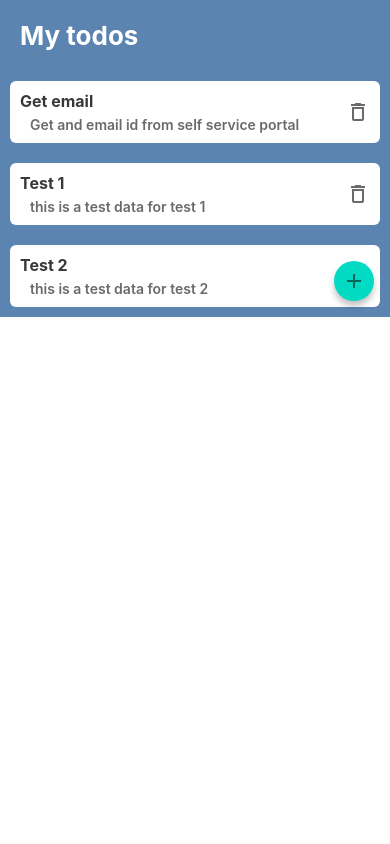
Repository: sadarsh216/Todo-App
Page: /
The author's editor kept a copy of each file at every save. The page is drawn from the files as they stood at one save, then again after a run of saves.
The browser window is 390 px wide. The pictures show the whole page.
The app was drawn by React Native's web renderer in a window 390 px wide. The project was rebuilt for these pictures with package versions that can differ from the ones it lists, and the page was loaded fresh each time. Also part of the build but not shown: components/Modal.tsx.

Above is the page before, as saved 2021-10-09 14:48:45.

### App.tsx
import { StatusBar } from "expo-status-bar";
import React, { useRef } from "react";
import {
  SafeAreaView,
  ScrollView,
  StyleSheet,
  Text,
  TouchableWithoutFeedback,
  View,
  Animated,
  Easing,
} from "react-native";
import Todos from "./Pages/Todos";
import { FAB } from "react-native-paper";
import Modal from "./components/Modal";
import * as Animatable from "react-native-animatable";
import { COLORS } from "./theme/Colors";

export default function App() {
  const [showAdd, setAdd] = React.useState(false);

  return (
    <>
      <SafeAreaView>
        <View style={styles.container}>
          <ScrollView>
            <Text style={styles.heading}>My todos</Text>
            <Todos />
          </ScrollView>
          {showAdd && (
            <Animatable.View style={styles.modal} animation="fadeInUpBig">
              <TouchableWithoutFeedback onPress={() => alert("")}>
                <Modal />
              </TouchableWithoutFeedback>
            </Animatable.View>
          )}
        </View>
        <FAB
          style={styles.fab}
          small
          icon={showAdd ? "close" : "plus"}
          onPress={() => setAdd(!showAdd)}
        />
      </SafeAreaView>
    </>
  );
}

const styles = StyleSheet.create({
  container: {
    height: "100%",
    backgroundColor: COLORS.primary,
  },
  heading: {
    color: "white",
    fontSize: 26,
    fontWeight: "bold",
    margin: 20,
  },
  fab: {
    color: "#fff",
    position: "absolute",
    margin: 16,
    right: 0,
    bottom: 0,
  },
  modal: {
    position: "absolute",
    bottom: 0,
    height: "60%",
    width: "100%",
    display: "flex",
    backgroundColor: "white",
    borderTopRightRadius: 20,
    borderTopLeftRadius: 20,
    elevation: 4,
    padding: 10,
  },
});

### Pages/Todos.tsx
import React from "react";
import { View, Text, StyleSheet, TouchableOpacity } from "react-native";
import { MaterialCommunityIcons } from "@expo/vector-icons";

export default function Todos() {
  const [todos, setTodos] = React.useState([
    {
      title: "Get email",
      description: "Get and email id from self service portal",
      id: 0,
    },
    { title: "Test 1", description: "this is a test data for test 1", id: 1 },
    { title: "Test 2", description: "this is a test data for test 2 ", id: 2 },
  ]);
  const deleteTodo = () => {
    alert("deleted");
  };
  return (
    <>
      {todos.map((item, key) => (
        <View key={item.id} style={styles.card}>
          <View style={styles.details}>
            <Text style={styles.title}>{item.title}</Text>
            <Text style={styles.desc}>{item.description}</Text>
          </View>
          <View style={styles.deleteSection}>
            <TouchableOpacity onPress={deleteTodo}>
              <MaterialCommunityIcons
                name="delete-outline"
                size={24}
                color="#6a6a6a"
              />
            </TouchableOpacity>
          </View>
        </View>
      ))}
    </>
  );
}

const styles = StyleSheet.create({
  card: {
    display: "flex",
    flexDirection: "row",
    backgroundColor: "#fff",
    margin: 10,
    borderRadius: 6,
    elevation: 4,
    padding: 10,
  },
  title: {
    fontSize: 16,
    marginBottom: 5,
    fontWeight: "bold",
    color: "#383838",
  },
  desc: {
    paddingHorizontal: 10,
    fontWeight: "600",
    color: "#6a6a6a",
  },
  details: {
    flex: 2,
  },
  deleteSection: {
    justifyContent: "center",
  },
});

### theme/Colors.tsx
export const COLORS = {
  primary: "#5B84B1FF",
  primaryText: "#000000FF",
  text: "#6a6a6a",
  secondary: "#FC766AFF",
  accent: "",
};

After the next 2 saves:
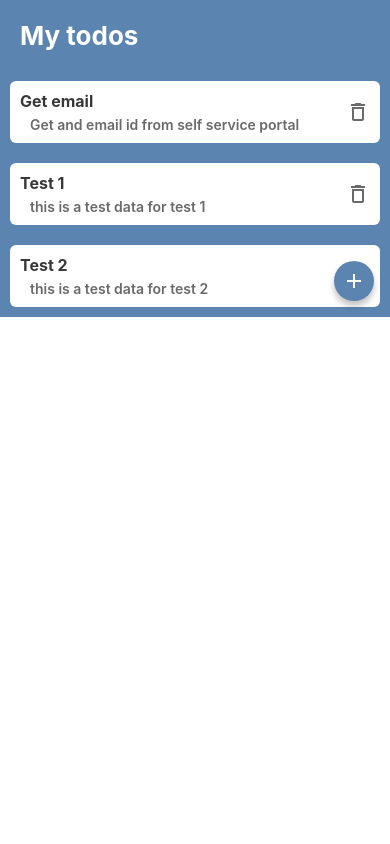
The 2 saves are shown as one change because 1 did not build or start.
The last was saved 34 s later.
--- a/App.tsx
+++ b/App.tsx
@@ -36,7 +36,10 @@ export default function App() {
           )}
         </View>
         <FAB
-          style={styles.fab}
+          style={{
+            ...styles.fab,
+            backgroundColor: showAdd ? COLORS.secondary : COLORS.primary,
+          }}
           small
           icon={showAdd ? "close" : "plus"}
           onPress={() => setAdd(!showAdd)}
